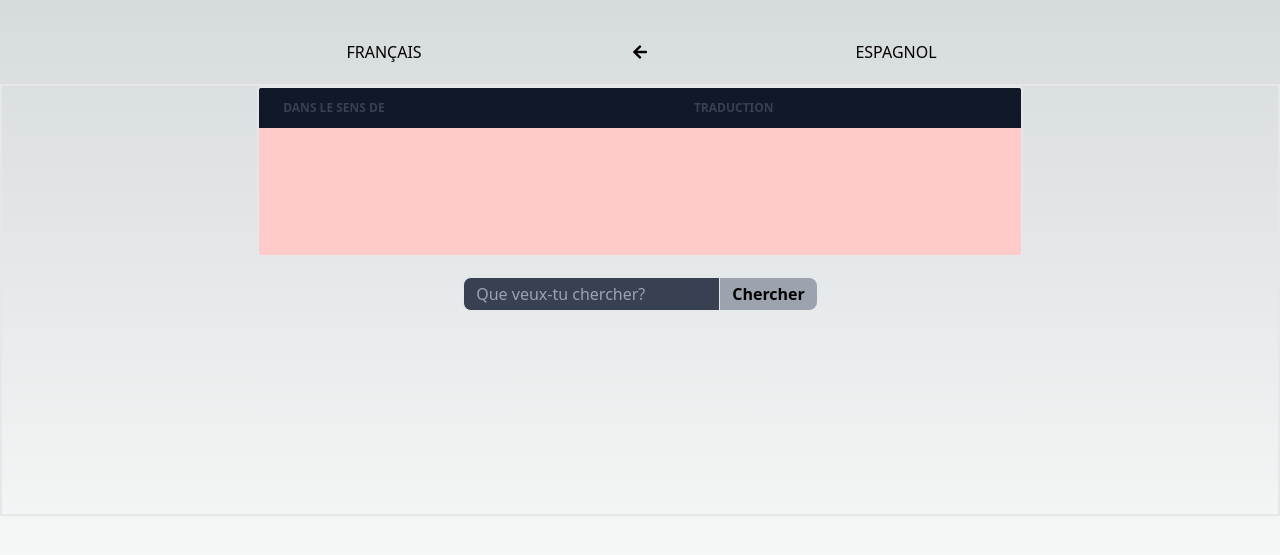
Repository: All-Khwarizmi/Dico
Page: /
An editor plug-in stored every save of this project. The page is shown before and after the next save, followed by the edit.
The browser window is 1280 px wide. The pictures show the whole page.
The project was rebuilt for these pictures with package versions that can differ from the ones it lists, and the page was loaded fresh each time. The framework's server and built-in components were replaced by stand-ins that run in the browser. Also part of the build but not shown: next.config.js, vite.config.ts.

Above is the page before, as saved 2023-02-17 18:28:49.

### src/app/page.tsx
'use client';
import Image from 'next/image';
import { Inter } from '@next/font/google';
import { FaArrowLeft } from 'react-icons/fa';
import { BsArrowRight } from 'react-icons/bs';
import { FaArrowRight } from 'react-icons/fa';
import EspModal from '@/components/EspModal';
import DicoModal from '@/components/DicoModal';

const inter = Inter({ subsets: ['latin'] });
import parse from 'html-react-parser';
import { useState } from 'react';
import Link from 'next/link';

type Trad = {
  source: string;
  target: string;
};
type Translations = Array<Trad>;
interface TranslationsFetch {
  translations: Array<Trad>;
}
export default function Home() {
  const [word, setWord] = useState<string>('');
  const [isFr, setIsFR] = useState<Boolean>(false);
  const [translations, setTranslations] = useState<Translations>([]);

  const submitWord = (e: React.FormEvent<HTMLFormElement>) => {
    e.preventDefault();
    let check = word.split(' ').length;
    console.log('Submitting', check);
    if (check > 1) {
      return window.alert('1 mot à la fois');
    }
    if (isFr) return fetchDico(word).catch((err) => console.log(err));
     fetchDicoEsp(word).catch((err) => console.log(err));
  };

  const inputWord = (e: React.ChangeEvent<HTMLInputElement>) => {
    return setWord(e.target.value);
  };

  const fetchDico = async (word: string): Promise<void> => {
    console.log('Fetching..');
     const url = 'https://dico-ochre.vercel.app/api/dico';
    const options: RequestInit = {
      method: 'POST',
      headers: {
        'Content-Type': 'text/plain;charset=UTF-8',
      },
      body: JSON.stringify(word),
    };
    const res = await fetch(url, options);
    // eslint-disable-next-line @typescript-eslint/no-unsafe-assignment
    const data = await res.json();
    console.log('Data: ', data);
    // eslint-disable-next-line @typescript-eslint/no-unsafe-assignment
    const { translations }: TranslationsFetch = data;
    setTranslations(translations);
    setWord('');
  };
  const fetchDicoEsp = async (word: string): Promise<void> => {
    console.log('Fetching..');
    const url = 'https://dico-ochre.vercel.app/api/esp';
    const options: RequestInit = {
      method: 'POST',
      headers: {
        'Content-Type': 'text/plain;charset=UTF-8',
      },
      body: JSON.stringify(word),
    };
    const res = await fetch(url, options);
    // eslint-disable-next-line @typescript-eslint/no-unsafe-assignment
    const data = await res.json();
    console.log('Data: ', data);
    // eslint-disable-next-line @typescript-eslint/no-unsafe-assignment
    const { translations }: TranslationsFetch = data;
    setTranslations(translations);
    setWord('');
  };
  return (
    <main className='h-screen w-screen'>
      <div className='grid place-items-center pt-5 '>
        {isFr ? (
          <div className='grid w-[60%] grid-cols-3  place-items-center  '>
            <button onClick={() => setIsFR(!isFr)}>
              <h1 className='py-5 text-center uppercase text-1xl'>Français</h1>
            </button>
            <button onClick={() => setIsFR(!isFr)}>
              <FaArrowRight />
            </button>
            <button onClick={() => setIsFR(!isFr)}>
              <h1 className='py-5 text-center uppercase text-1xl'>Espagnol</h1>
            </button>
          </div>
        ) : (
          <div className='grid w-[60%] grid-cols-3  place-items-center  '>
            <button onClick={() => setIsFR(!isFr)}>
              <h1 className='py-5 text-center uppercase text-1xl'>Français</h1>
            </button>
            <button onClick={() => setIsFR(!isFr)}>
              <FaArrowLeft />
            </button>
            <button onClick={() => setIsFR(!isFr)}>
              <h1 className='py-5 text-center uppercase text-1xl'>Espagnol</h1>
            </button>
          </div>
        )}
      </div>
      <div className='flex h-[60%] flex-col border border-2 items-center gap-5'>
        <div className=' h-[40%] max-h-[40%] w-[60%] overflow-scroll rounded border-2 border-solid bg-red-200'>
          <div className='text-black '>
            <div className=''>
              <table className='  relative w-full text-left text-sm text-gray-500 dark:text-gray-400'>
                <thead className='  sticky top-0 bg-gray-900 text-xs uppercase text-gray-700 '>
                  <tr>
                    <th scope='col' className='px-6 dark:text-white py-3 '>
                      Dans le sens de
                    </th>
                    <th scope='col' className='px-6 dark:text-white py-3 '>
                      Traduction
                    </th>
                  </tr>
                </thead>
                <tbody className='bg-gray-800'>
                  {translations?.map((trad: Trad, index) => {
                    return (
                      <tr
                        className='border-b bg-white dark:border-gray-700 dark:bg-gray-800'
                        key={index}
                      >
                        <td className='px-6 py-4'> {parse(trad?.source)}</td>
                        <th
                          scope='row'
                          className='whitespace-nowrap px-6 py-4 font-medium text-gray-900 dark:text-white'
                        >
                          {parse(trad?.target)}
                        </th>
                      </tr>
                    );
                  })}
                </tbody>
              </table>
            </div>
          </div>
        </div>
        <form className='text-black' onSubmit={(e) => submitWord(e)}>
          <input
            onChange={(event) => inputWord(event)}
            value={word}
            placeholder='Que veux-tu chercher?'
            className='rounded-lg border dark:text-white border-1 bg-gray-700 rounded-r-none px-3 py-1'
            type='text'
            name='word'
            id='word'
          />
          <button
            className='rounded-lg rounded-l-none bg-gray-400 dark:text-white font-bold dark:bg-purple-900 px-3 py-1 dark:py-1.5'
            type='submit'
          >
            Chercher
          </button>
        </form>
      </div>
    </main>
  );
}

Loaded but not shown: src/app/layout.tsx (common file); src/app/globals.css (common file); tailwind.config.js (common file)

After the next save:
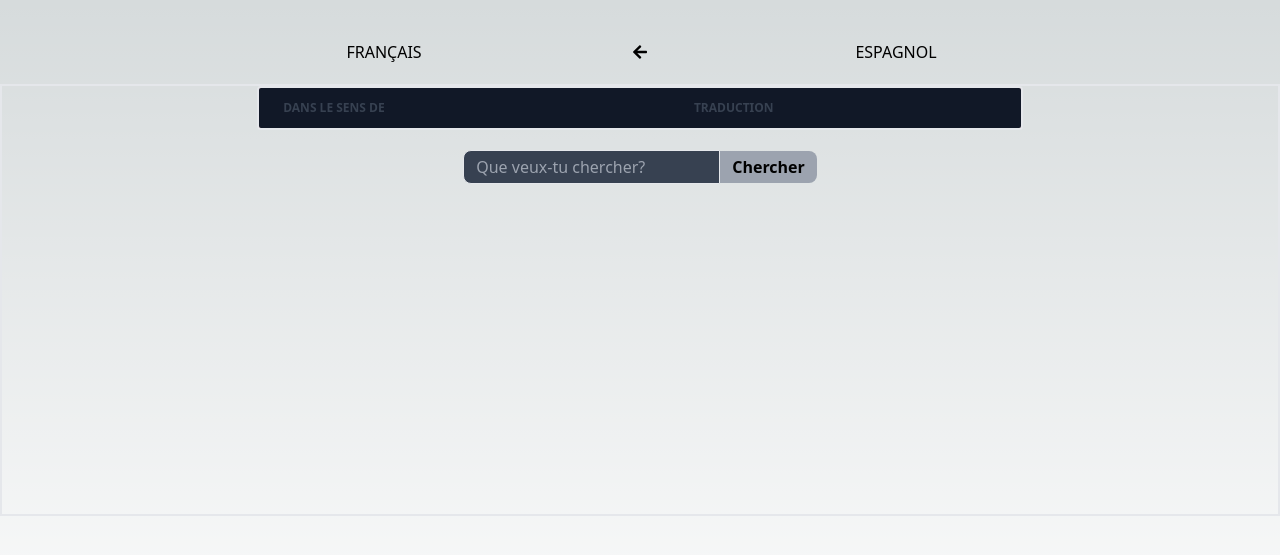
Saved 12 s later.
--- a/src/app/page.tsx
+++ b/src/app/page.tsx
@@ -107,7 +107,7 @@
           </div>
         )}
       </div>
-      <div className='flex h-[60%] flex-col border border-2 items-center gap-5'>
+      <div className='flex min-h-[60%] flex-col border border-2 items-center gap-5'>
         <div className=' h-[40%] max-h-[40%] w-[60%] overflow-scroll rounded border-2 border-solid bg-red-200'>
           <div className='text-black '>
             <div className=''>

After the save that followed:
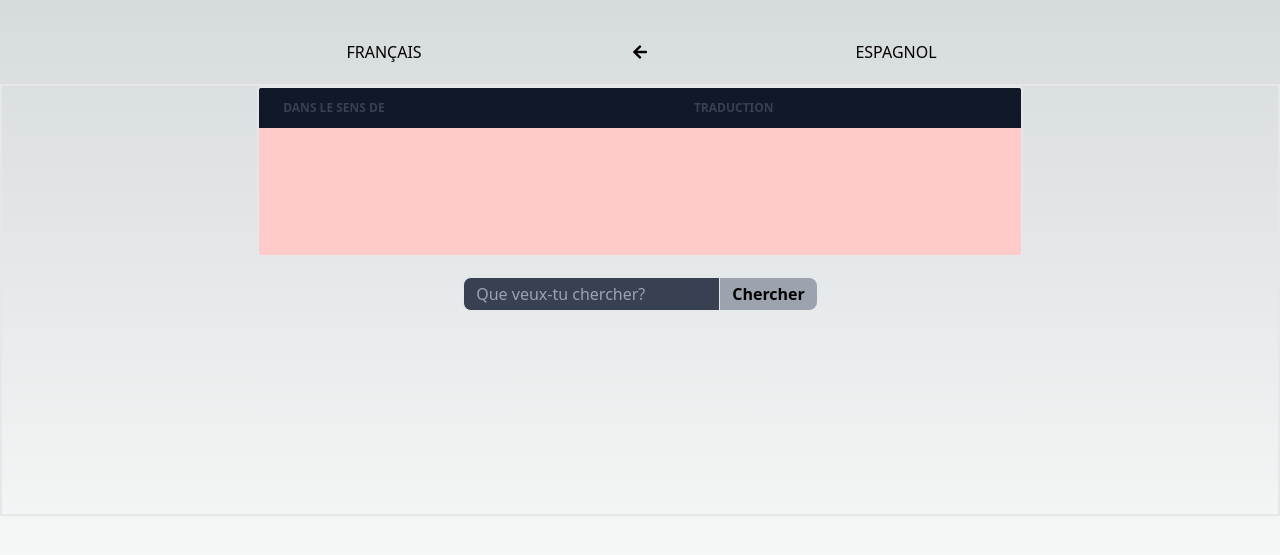
Saved 13 s later.
--- a/src/app/page.tsx
+++ b/src/app/page.tsx
@@ -107,7 +107,7 @@
           </div>
         )}
       </div>
-      <div className='flex min-h-[60%] flex-col border border-2 items-center gap-5'>
+      <div className='flex h-[60%] flex-col border border-2 items-center gap-5'>
         <div className=' h-[40%] max-h-[40%] w-[60%] overflow-scroll rounded border-2 border-solid bg-red-200'>
           <div className='text-black '>
             <div className=''>
